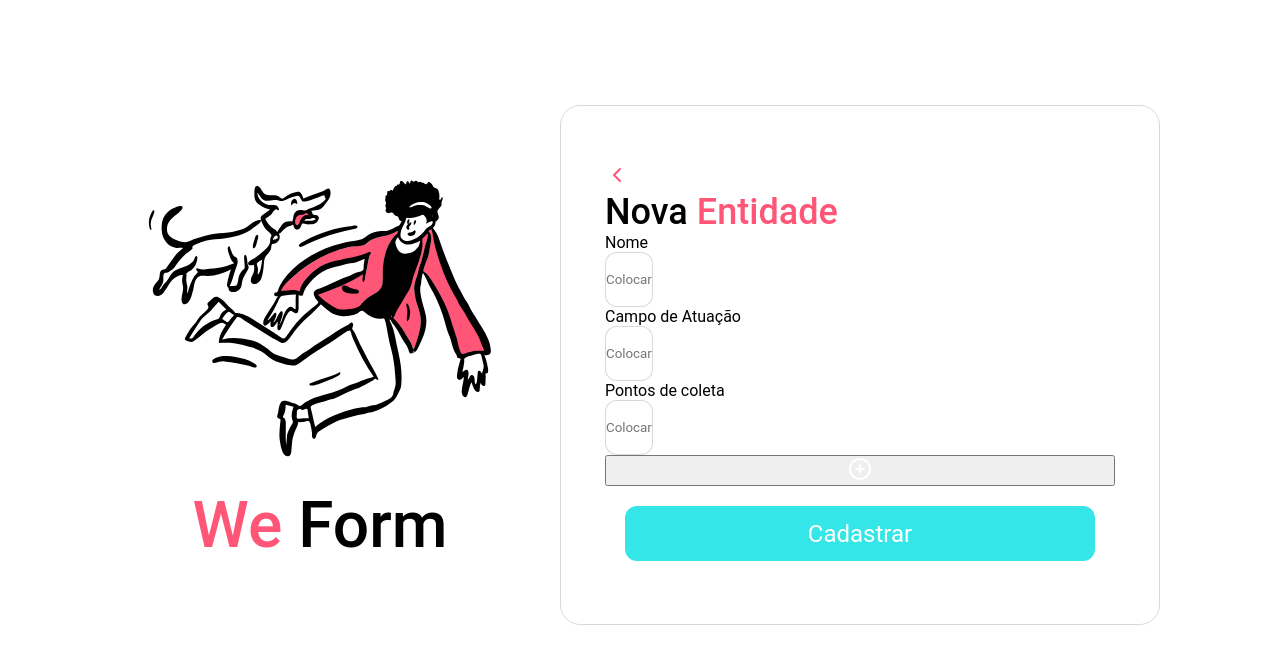
Repository: guilhermecardoso93/we-form
Page: nova-entidade.html
The author's editor kept a copy of each file at every save. The page is drawn from the files as they stood at one save, then again after the next save.
The browser window is 1280 px wide. The pictures show the whole page.
Some web libraries are served in a nearby version.

Above is the page before, as saved 2024-06-09 18:06:47.

After the next save:
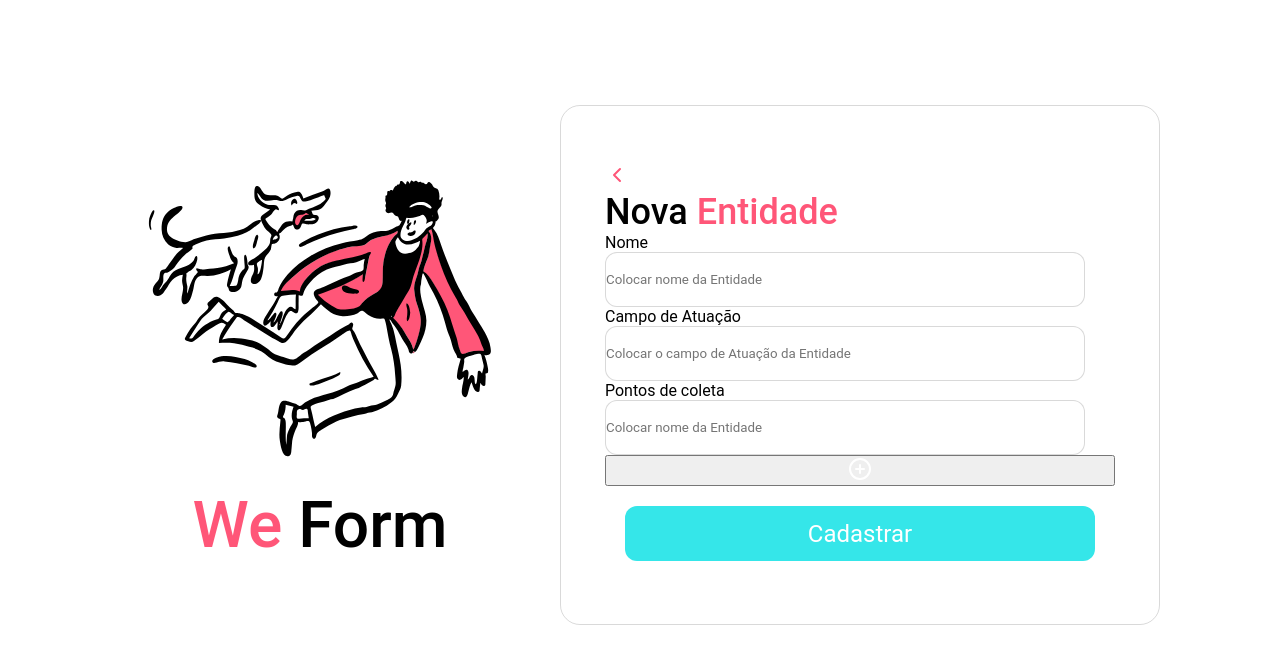
Saved 11 s later.
--- a/styles.css
+++ b/styles.css
@@ -115,7 +115,7 @@ main form {
 }
 
 main form input {
-  width: 4.8rem;
+width: 48rem;
 height: 5.5rem;
 left: 5.43rem;
 top: 218px;
